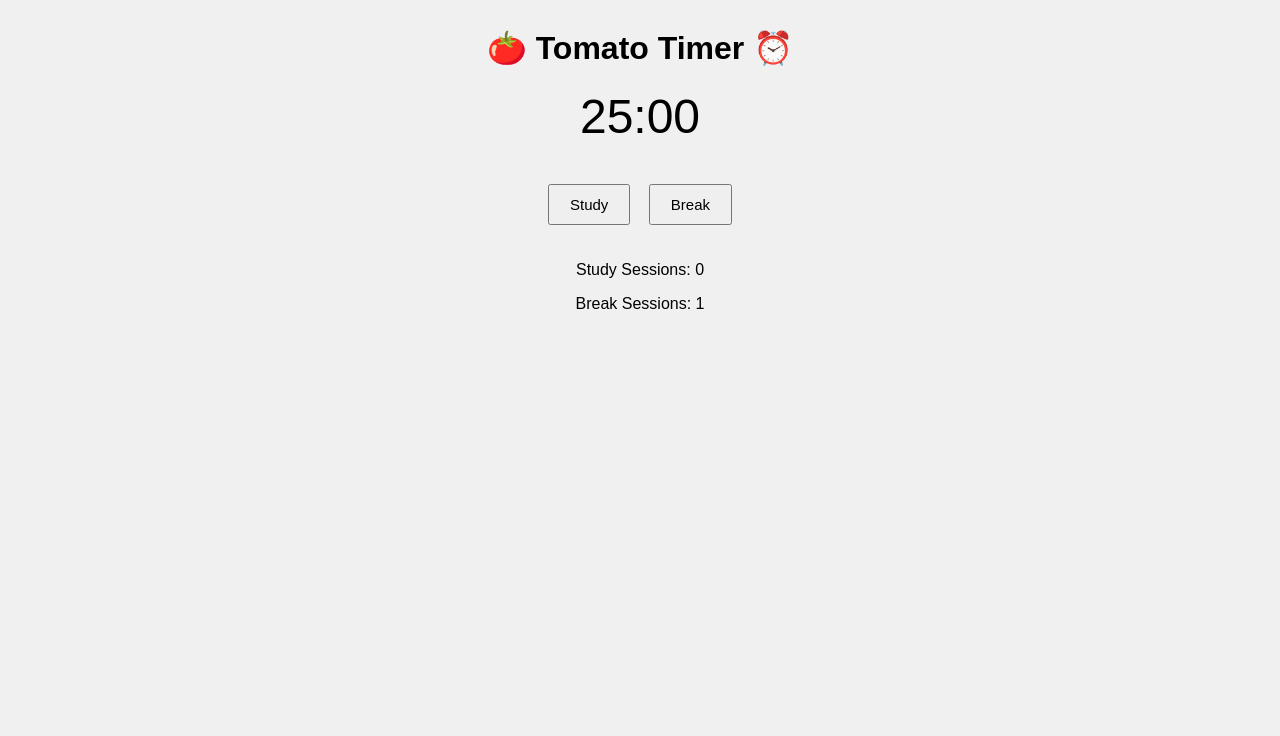
Repository: valentinaarojas/tomato-timer
Page: index.html
These files come from the project's save history. The page is drawn as it stood at one moment and after a run of saves; the edit follows.
The browser window is 1280 px wide. The pictures show the whole page.
After loading, the first visible `#break-btn` was clicked once.

Above is the page before, as saved 2025-02-06 21:57:39.

### index.html
<!DOCTYPE html>
<html lang="en">
<head>
    <title>Tomato Timer</title>
    <link rel="stylesheet" href="styles.css">
    <script src="script.js"></script>
</head>
<body>
    <div id="container">
        <h1>🍅 Tomato Timer ⏰</h1>
        <div id="timer-display">
            <span id="time-left">25:00</span>
        </div>
        <div id="buttons">
            <button id="study-btn">Study</button>
            <button id="break-btn">Break</button>
        </div>
        <div id="session-count">
            <p>Study Sessions: <span id="study-count">0</span></p>
            <p>Break Sessions: <span id="break-count">0</span></p>
        </div>
        <div id="theme" style="display: none;">
            <button id="light-theme">Light</button>
            <button id="dark-theme">Dark</button>
        </div>
    </div>
</body>
</html>

### styles.css
body {
    font-family: Arial, sans-serif;
    background-color: #f0f0f0;
    display: flex;
    justify-content: center;
    text-align: center;
    height: 100vh;
}

.container {
    text-align: center;
}

#timer-display {
    margin: 20px 0;
    font-size: 48px;
}

#buttons button {
    font-size: 15px;
    margin: 20px 7px;
    padding: 10px 20px;
}

#session-count {
    margin-top: 10px;
}

#light-theme {
    background-color: white;
    color: black;
}

#dark-theme {
    background-color: black;
    color: white;
}

### script.js
document.addEventListener('DOMContentLoaded', function() {
    const studybtn = document.getElementById('study-btn');
    const breakbtn = document.getElementById('break-btn');
    const studycount = document.querySelector('#study-count');
    const breakcount = document.querySelector('#break-count');
    const timeLeft = document.querySelector('#time-left');

    let timer;
    let minutes;
    let seconds;

    studybtn.addEventListener('click', function() {
        let currCount = parseInt(studycount.textContent);
        currCount++;
        studycount.textContent = currCount;
        startTimer(25);
    });

    breakbtn.addEventListener('click', function() {
        let currCount = parseInt(breakcount.textContent);
        currCount++;
        breakcount.textContent = currCount;
    });

    function updateTimerDisplay(minutes, seconds) {
        const displaySeconds = seconds < 10 ? '0' + seconds : seconds;
        const displayMinutes = minutes < 10 ? '0' + minutes : minutes;
        timeLeft.textContent = `${displayMinutes}:${displaySeconds}`;
    }

    function startTimer(duration) {
        clearInterval(timer); //clear existing timer
        minutes = duration; //set timer
        seconds = 0;
        updateTimerDisplay(minutes, seconds);

        timer = setInterval(function() {
            if(seconds === 0) {
                if(minutes === 0) {
                    //timer is done counting down
                    clearInterval(timer);
                    return;
                }
                else {
                    //ex. 25:00 -> starts here
                    //24:00 -> seconds hit 0, subtract minute, reset to 59 seconds
                    minutes--;
                    seconds = 59;
                }
            }
            else {
                //just count down seconds
                seconds--;
            }
            updateTimerDisplay(minutes, seconds); //update the display
        }, 1000); //run every 1000 milliseconds (1 second)
    }

    updateTimerDisplay(25, 0); //initial display
});

After the next 2 saves:
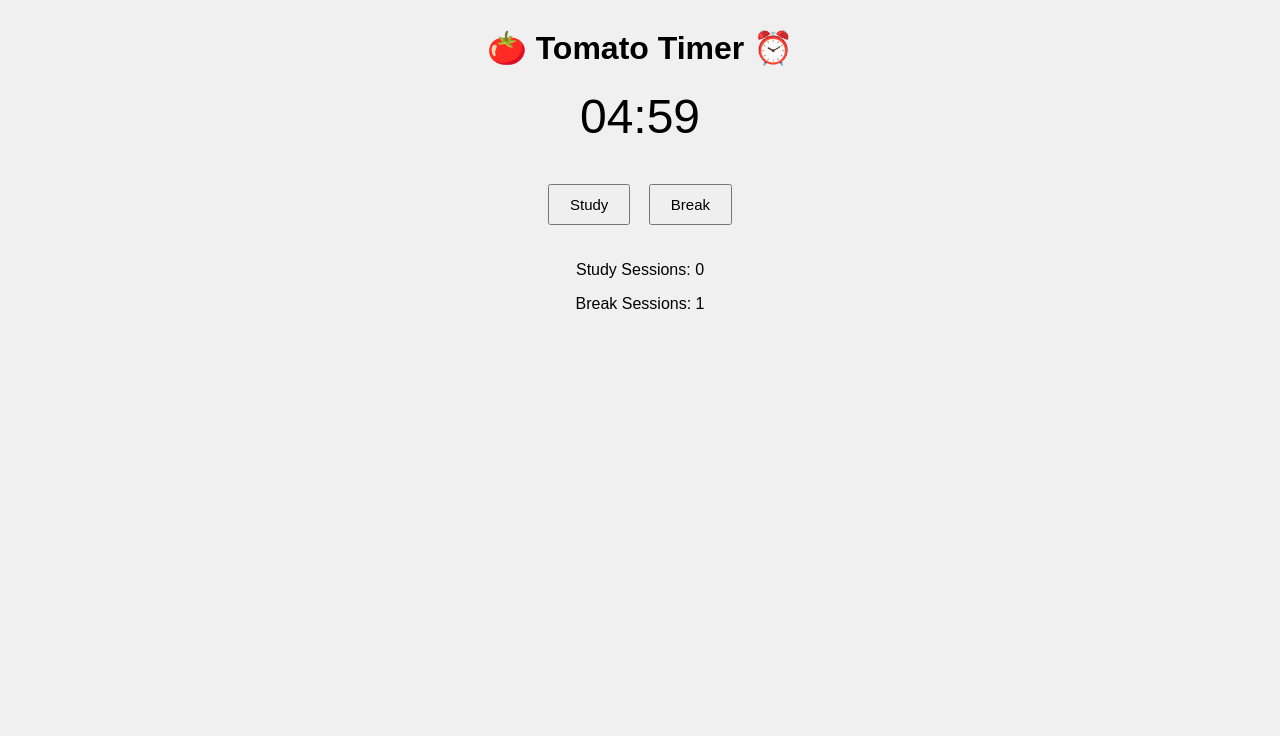
The 2 saves are shown as one change because they came seconds apart.
The last was saved 6 s later.
--- a/script.js
+++ b/script.js
@@ -20,6 +20,7 @@ document.addEventListener('DOMContentLoaded', function() {
         let currCount = parseInt(breakcount.textContent);
         currCount++;
         breakcount.textContent = currCount;
+        startTimer(5);
     });
 
     function updateTimerDisplay(minutes, seconds) {
